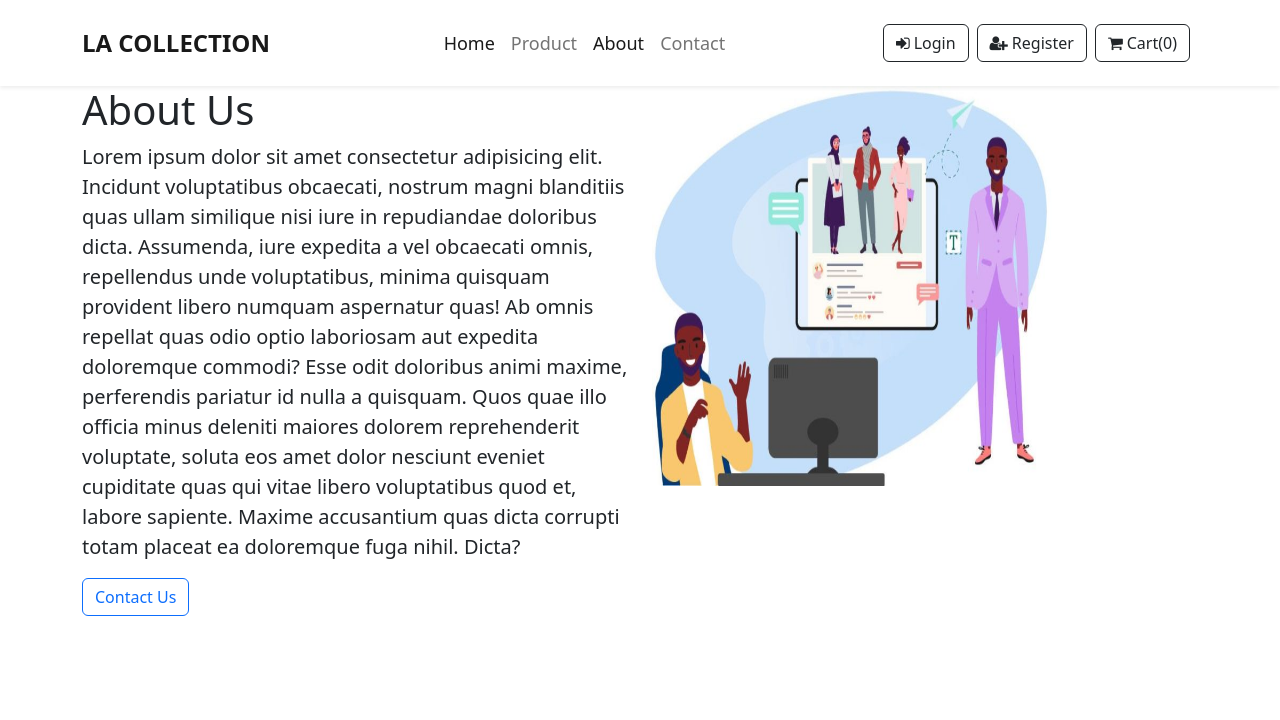
Repository: tiendungjr123/Ecommerce
Page: /about
These files come from the project's save history. The page is drawn as it stood at one moment and after the next save; the edit follows.
The browser window is 1280 px wide. The pictures show the whole page.
The project was rebuilt for these pictures with package versions that can differ from the ones it lists, and the page was loaded fresh each time. Also part of the build but not shown: src/components/Products.jsx, src/components/Home.jsx, src/redux/action/index.js, src/components/ProductDetail.jsx.

Above is the page before, as saved 2022-10-04 10:39:12.

After the next save:
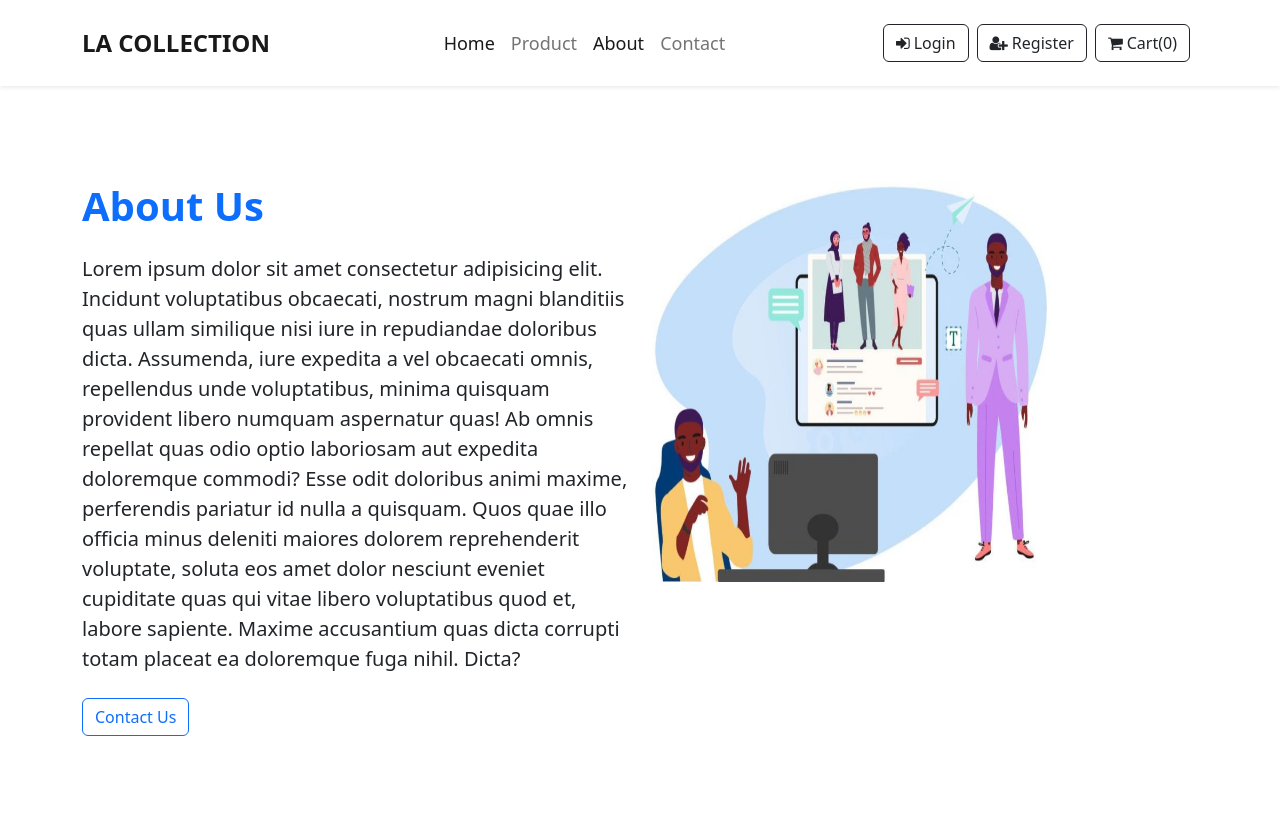
Saved 85 s later.
--- a/src/components/About.jsx
+++ b/src/components/About.jsx
@@ -4,11 +4,11 @@ import { NavLink } from 'react-router-dom';
 const About = () => {
    return (
       <div>
-         <div className="container">
+         <div className="container my-5 py-5">
             <div className="row">
                <div className="col-md-6">
-                  <h1>About Us</h1>
-                  <p className='lead'>Lorem ipsum dolor sit amet consectetur adipisicing elit. Incidunt voluptatibus obcaecati, nostrum magni blanditiis quas ullam similique nisi iure in repudiandae doloribus dicta. Assumenda, iure expedita a vel obcaecati omnis, repellendus unde voluptatibus, minima quisquam provident libero numquam aspernatur quas! Ab omnis repellat quas odio optio laboriosam aut expedita doloremque commodi? Esse odit doloribus animi maxime, perferendis pariatur id nulla a quisquam. Quos quae illo officia minus deleniti maiores dolorem reprehenderit voluptate, soluta eos amet dolor nesciunt eveniet cupiditate quas qui vitae libero voluptatibus quod et, labore sapiente. Maxime accusantium quas dicta corrupti totam placeat ea doloremque fuga nihil. Dicta?</p>
+                  <h1 className='text-primary fw-bold mb-4'>About Us</h1>
+                  <p className='lead mb-4'>Lorem ipsum dolor sit amet consectetur adipisicing elit. Incidunt voluptatibus obcaecati, nostrum magni blanditiis quas ullam similique nisi iure in repudiandae doloribus dicta. Assumenda, iure expedita a vel obcaecati omnis, repellendus unde voluptatibus, minima quisquam provident libero numquam aspernatur quas! Ab omnis repellat quas odio optio laboriosam aut expedita doloremque commodi? Esse odit doloribus animi maxime, perferendis pariatur id nulla a quisquam. Quos quae illo officia minus deleniti maiores dolorem reprehenderit voluptate, soluta eos amet dolor nesciunt eveniet cupiditate quas qui vitae libero voluptatibus quod et, labore sapiente. Maxime accusantium quas dicta corrupti totam placeat ea doloremque fuga nihil. Dicta?</p>
                   <NavLink to='/contact' className='btn btn-outline-primary'>Contact Us</NavLink>
                </div>
                <div className="col-md-6">
